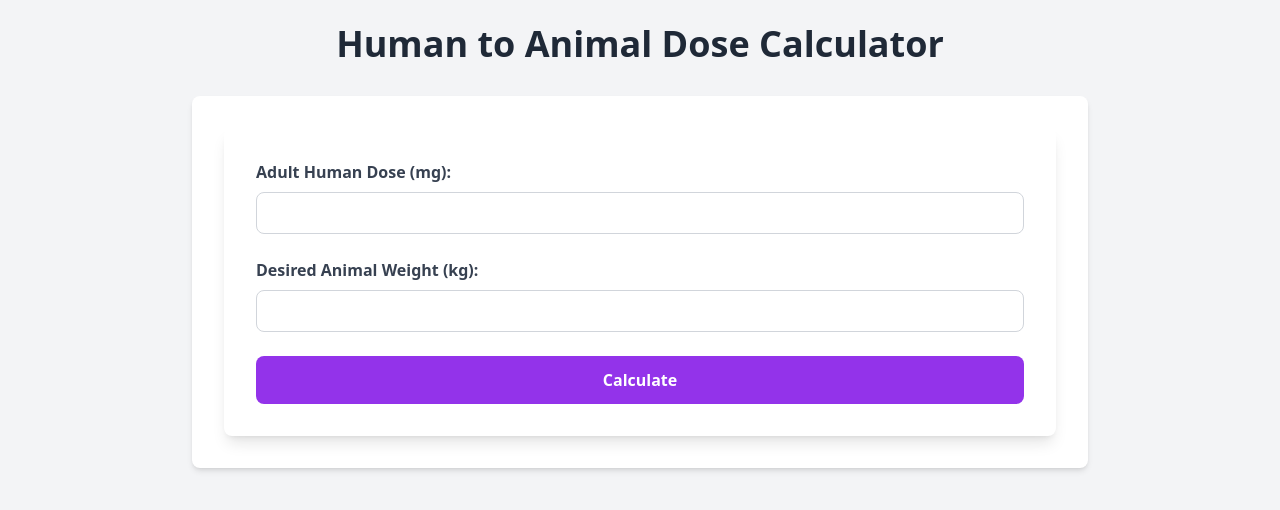
Repository: vigneshcj001/Human-to-Animal-Dose-Calculator
Page: /aboutus
An editor plug-in stored every save of this project. The page is shown before and after the next save, followed by the edit.
The browser window is 1280 px wide. The pictures show the whole page.
The project was rebuilt for these pictures with package versions that can differ from the ones it lists, and the page was loaded fresh each time. Also part of the build but not shown: src/ResultsTable.jsx.

Above is the page before, as saved 2025-01-23 09:14:32.

### index.html
<!DOCTYPE html>
<html lang="en">
<head>
    <meta charset="UTF-8">
    <meta name="viewport" content="width=device-width, initial-scale=1.0">
    <link rel="stylesheet" href="./index.css"/>
    <title>Anna Cal</title>
</head>
<body>
    <div id="root">
        <h1>Not Rendered</h1>
    </div>
    <script type="module" src="./src/index.js"></script>
</body>
</html>

### src/index.js
import React from "react";
import ReactDOM from "react-dom/client";
import App from "./App";
import "../index.css";

const root = ReactDOM.createRoot(document.getElementById("root"));
root.render(<App />);

### src/App.js
import React, { useState, useCallback } from "react";
import InputForm from "./InputForm";
import ResultsTable from "./ResultsTable";

const App = () => {
  const [results, setResults] = useState([]);

  const handleCalculate = useCallback((animalResults) => {
    setResults(animalResults);
  }, []);

  return (
    <div className="min-h-screen bg-gray-100 p-6">
      <h1 className="text-4xl font-bold text-center text-gray-800 mb-8">
        Human to Animal Dose Calculator
      </h1>
      <div className="max-w-4xl mx-auto bg-white shadow-md rounded-lg p-8">
        <InputForm onCalculate={handleCalculate} />
        {results.length > 0 && <ResultsTable results={results} />}
      </div>
    </div>
  );
};

export default App;

### src/InputForm.jsx
import React, { useState, useMemo } from "react";

const InputForm = ({ onCalculate }) => {
  const [humanDose, setHumanDose] = useState("");
  const [animalWeight, setAnimalWeight] = useState("");

  const animalsData = useMemo(
    () => [
      { name: "Mouse", weight: 0.02, kmFactor: 3 },
      { name: "Rat", weight: 0.15, kmFactor: 6 },
      { name: "Guinea Pig", weight: 0.4, kmFactor: 8 },
      { name: "Rabbit", weight: 1.8, kmFactor: 12 },
      { name: "Monkey", weight: 3, kmFactor: 12 },
      { name: "Dog", weight: 10, kmFactor: 20 },
    ],
    []
  );

  const handleSubmit = (e) => {
    e.preventDefault();

    // Validate input
    if (!humanDose || !animalWeight) {
      alert("Please enter both the human dose and animal weight.");
      return;
    }

    // Human dose per kg
    const humanDosePerKg = humanDose / 60;

    // Calculate results
    const results = animalsData.map((animal) => {
      const dosePerKg = humanDosePerKg * animal.kmFactor;
      const totalDose = dosePerKg * animalWeight;

      return {
        animal: animal.name,
        dosePerKg: dosePerKg.toFixed(2),
        totalDose: totalDose.toFixed(2),
      };
    });

    onCalculate(results);
  };

  return (
    <form
      className="bg-white shadow-lg rounded-lg p-8 space-y-6"
      onSubmit={handleSubmit}
    >
      <div>
        <label className="block text-gray-700 font-semibold mb-2">
          Adult Human Dose (mg):
        </label>
        <input
          type="number"
          className="w-full px-4 py-2 border border-gray-300 rounded-lg focus:ring-2 focus:ring-purple-500 focus:outline-none"
          value={humanDose}
          onChange={(e) => setHumanDose(e.target.value)}
          required
        />
      </div>
      <div>
        <label className="block text-gray-700 font-semibold mb-2">
          Desired Animal Weight (kg):
        </label>
        <input
          type="number"
          step="0.01"
          className="w-full px-4 py-2 border border-gray-300 rounded-lg focus:ring-2 focus:ring-purple-500 focus:outline-none"
          value={animalWeight}
          onChange={(e) => setAnimalWeight(e.target.value)}
          required
        />
      </div>
      <button
        type="submit"
        className="w-full bg-purple-600 hover:bg-purple-700 text-white font-bold py-3 rounded-lg transition duration-300"
      >
        Calculate
      </button>
    </form>
  );
};

export default InputForm;

### tailwind.config.js
module.exports = {
  content: [
    "./src/**/*.{js,jsx,ts,tsx}", // Adjust according to your file structure
    "./public/index.html",
  ],
  theme: {
    extend: {},
  },
  plugins: [],
};

Loaded but not shown: index.css (common file)

After the next save:
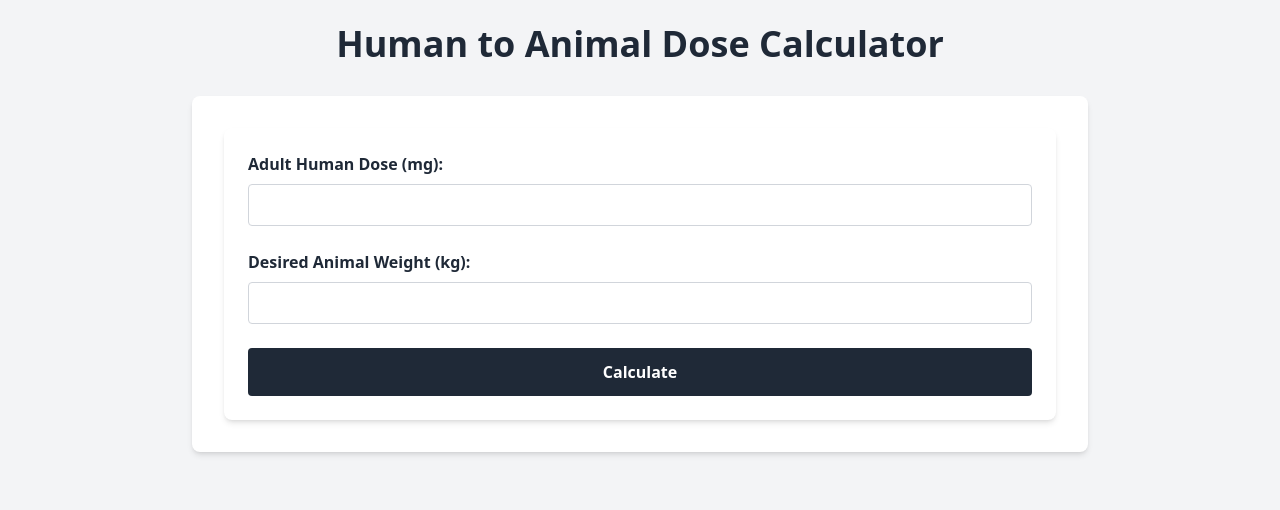
Saved 13 s later.
--- a/src/InputForm.jsx
+++ b/src/InputForm.jsx
@@ -19,16 +19,13 @@
   const handleSubmit = (e) => {
     e.preventDefault();
 
-    // Validate input
     if (!humanDose || !animalWeight) {
       alert("Please enter both the human dose and animal weight.");
       return;
     }
 
-    // Human dose per kg
     const humanDosePerKg = humanDose / 60;
 
-    // Calculate results
     const results = animalsData.map((animal) => {
       const dosePerKg = humanDosePerKg * animal.kmFactor;
       const totalDose = dosePerKg * animalWeight;
@@ -45,29 +42,29 @@
 
   return (
     <form
-      className="bg-white shadow-lg rounded-lg p-8 space-y-6"
+      className="bg-white shadow-md rounded-lg p-6 space-y-6"
       onSubmit={handleSubmit}
     >
       <div>
-        <label className="block text-gray-700 font-semibold mb-2">
+        <label className="block text-gray-800 font-semibold mb-2">
           Adult Human Dose (mg):
         </label>
         <input
           type="number"
-          className="w-full px-4 py-2 border border-gray-300 rounded-lg focus:ring-2 focus:ring-purple-500 focus:outline-none"
+          className="w-full px-4 py-2 border border-gray-300 rounded focus:ring focus:ring-gray-500"
           value={humanDose}
           onChange={(e) => setHumanDose(e.target.value)}
           required
         />
       </div>
       <div>
-        <label className="block text-gray-700 font-semibold mb-2">
+        <label className="block text-gray-800 font-semibold mb-2">
           Desired Animal Weight (kg):
         </label>
         <input
           type="number"
           step="0.01"
-          className="w-full px-4 py-2 border border-gray-300 rounded-lg focus:ring-2 focus:ring-purple-500 focus:outline-none"
+          className="w-full px-4 py-2 border border-gray-300 rounded focus:ring focus:ring-gray-500"
           value={animalWeight}
           onChange={(e) => setAnimalWeight(e.target.value)}
           required
@@ -75,7 +72,7 @@
       </div>
       <button
         type="submit"
-        className="w-full bg-purple-600 hover:bg-purple-700 text-white font-bold py-3 rounded-lg transition duration-300"
+        className="w-full bg-gray-800 hover:bg-gray-900 text-white font-bold py-3 rounded transition duration-300"
       >
         Calculate
       </button>
